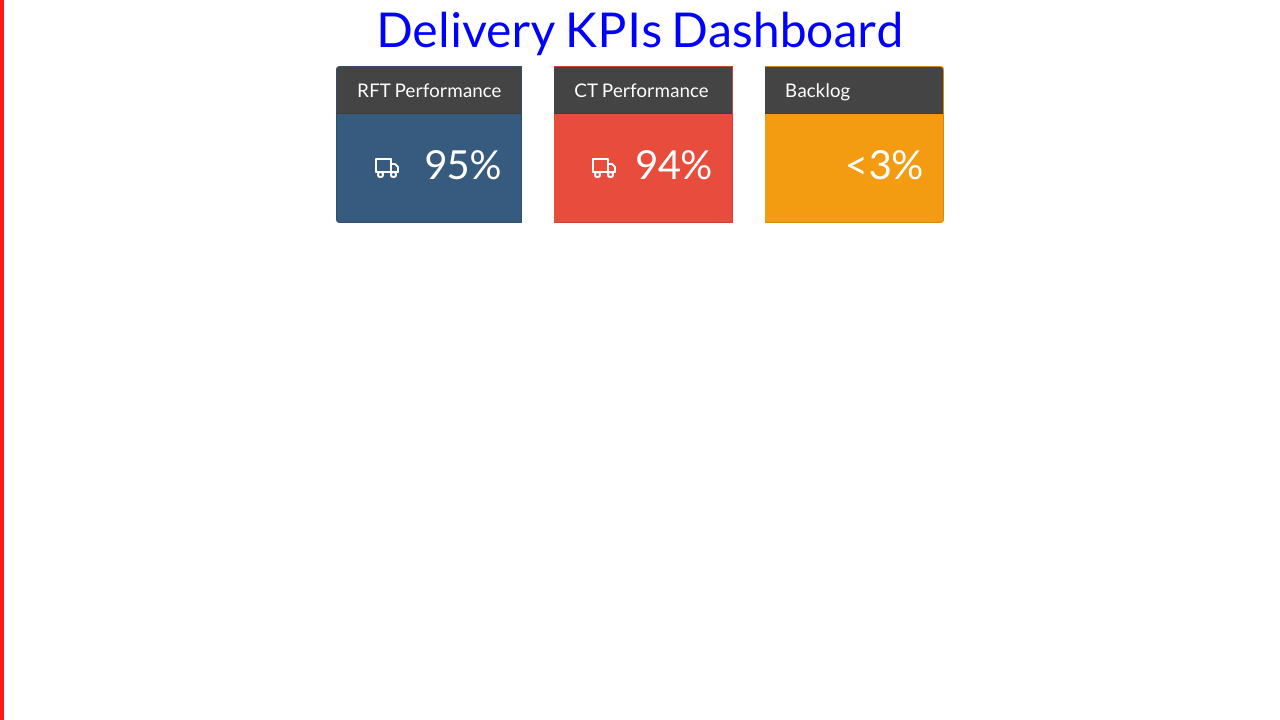
Repository: valenovi76/Delivery-Dashboard
Page: Index.html
The author's editor kept a record of every edit. The page is drawn from the files as they stood at one moment, then again after the next edit.
The browser window is 1280 px wide. The pictures show the whole page.
Some icons come from a web library that is not loaded, so they are not drawn. Some web libraries are served in a nearby version.

Above is the page before.
Console error: TypeError: Cannot read properties of null (reading 'textContent')

### Index.html
<!DOCTYPE html>
<html lang="en">
<head>
    <meta charset="UTF-8">
    <meta name="viewport" content="width=device-width, initial-scale=1.0">
    <meta http-equiv="X-UA-Compatible" content="ie=edge">

    <link rel="stylesheet" href="static/css/bootstrap.min.css" type="text/css" />
    <link rel="stylesheet" href="static/css/dc.min.css" type="text/css" />
    <link href="vendor/fontawesome-free/css/all.min.css" rel="stylesheet" type="text/css">
    <script type="text/javascript" src="static/js/d3.min.js"></script>
    <script type="text/javascript" src="static/js/crossfilter.min.js"></script>
    <script type="text/javascript" src="static/js/dc.min.js"></script>
    <script type="text/javascript" src="static/js/queue.min.js"></script>
    <script type="text/javascript" src="static/js/graphs.js"></script>
    <script src="https://ajax.googleapis.com/ajax/libs/jquery/1.11.3/jquery.min.js"></script>
    <script src="http://maxcdn.bootstrapcdn.com/bootstrap/3.3.4/js/bootstrap.min.js"></script>
    <link rel="stylesheet" href="static/css/style.css" type="text/css" />
    <title>Daily Delivery Dashboard</title>

</head>
<body>

    <div id="wrapper">

        <!-- Sidebar -->
        <div id="sidebar-wrapper">
            <ul class="sidebar-nav">
                <li><a href="#">RFT Performance</a></li>
                <li><a href="#">CT Performance</a></li>
                <li><a href="#">Backlog</a></li>
                <li><a href="#">Data Tables Downloads</a></li>
            </ul>
        </div>

        <!-- Page content -->
        <div id="page-content-wrapper bg-white">
            <div class="container-fluid">
                <div class="header text-center">
                    <h1>Delivery KPIs Dashboard</h1>
                </div>
                <div class="row">
                    <div class="col-lg-12">


                            <div class="row">

                              <div class="card-group mx-auto">
                                    <div class="card flex-fill bg-primary text-white mx-3">
                											<div class="card-header">
                												<h5 class="card-title text-white mb-0">RFT Performance</h5>
                											</div>
                    											<div class="card-body py-3">
                    												<div class="row no-gutters">
                    													<div class="col-4 align-self-center text-left">
                    														<div class="icon icon-primary">
                    															<svg xmlns="http://www.w3.org/2000/svg" width="24" height="24" viewBox="0 0 24 24" fill="none" stroke="currentColor" stroke-width="2" stroke-linecap="round" stroke-linejoin="round" class="feather feather-truck align-middle"><rect x="1" y="3" width="15" height="13"></rect><polygon points="16 8 20 8 23 11 23 16 16 16 16 8"></polygon><circle cx="5.5" cy="18.5" r="2.5"></circle><circle cx="18.5" cy="18.5" r="2.5"></circle></svg>
                    														</div>
                    													</div>
                    													<div class="col-8 align-self-center text-right">

                    														<h2 class="text-white">95%</h2>
                    													</div>
                    												</div>
                    											</div>
                    										</div>
                                    <div class="card flex-fill bg-danger text-white mx-3">
                											<div class="card-header">
                												<h5 class="card-title text-white mb-0">CT Performance</h5>
                											</div>
                    											<div class="card-body py-3">
                    												<div class="row no-gutters">
                    													<div class="col-4 align-self-center text-left">
                    														<div class="icon icon-primary">
                    															<svg xmlns="http://www.w3.org/2000/svg" width="24" height="24" viewBox="0 0 24 24" fill="none" stroke="currentColor" stroke-width="2" stroke-linecap="round" stroke-linejoin="round" class="feather feather-truck align-middle"><rect x="1" y="3" width="15" height="13"></rect><polygon points="16 8 20 8 23 11 23 16 16 16 16 8"></polygon><circle cx="5.5" cy="18.5" r="2.5"></circle><circle cx="18.5" cy="18.5" r="2.5"></circle></svg>
                    														</div>
                    													</div>
                    													<div class="col-8 align-self-center text-right">
                    														<h2 class="text-white">94%</h2>
                    													</div>
                    												</div>
                    											</div>
                    										</div>
                                    <div class="card flex-fill bg-warning text-white mx-3">
                											<div class="card-header">
                												<h5 class="card-title text-white mb-0">Backlog</h5>
                											</div>
                    											<div class="card-body py-3">
                    												<div class="row no-gutters">
                    													<div class="col-4 align-self-center text-left">
                    														<div class="icon icon-primary">
                    														    <i class="far fa-check-square"></i>
                    														</div>
                    													</div>
                    													<div class="col-8 align-self-center text-right">
                    														<h2 class="text-white"> <3% </h2>
                    													</div>
                    												</div>
                    											</div>
                    										</div
                              </div>
                            </div>
                    </div>
                </div>
            </div>
        </div>

    </div>

    <!-- Menu toggle script -->
    <script>
        $("#menu-toggle").click( function (e){
            e.preventDefault();
            $("#wrapper").toggleClass("menuDisplayed");
        });
    </script>

</body>
</html>

### static/js/graphs.js
//load data
queue()
.defer(d3.csv, "/data/orders.csv")
.await(makeGraphs);


// Make graphs function
function makeGraphs(error, orderData) {

    var ndx = crossfilter(orderData);


orderData.forEach(function(d){
d.CT_Ex_Delayed_Days=parseInt(d.CT_Ex_Delayed_Days)})




    show_wip_group_selector(ndx);
    show_product_selector(ndx);
    show_project_selector(ndx);
    show_created(ndx);
    show_completed(ndx);
    show_order_order_type(ndx);
    show_ct_avg(ndx);
    show_SLT_perf(ndx);
    show_ontime_late(ndx);
    show_percent_RFT_OnTime(ndx);
    show_percent_CT_Pass(ndx);
    show_monthly_delivery(ndx);



    dc.renderAll();
}


//Selector js
function show_wip_group_selector(ndx){
    var dim = ndx.dimension(dc.pluck('Channel'));
    var group = dim.group();
    var select = dc.selectMenu("#wip_group_selector")
        .dimension(dim)
        .group(group);

}
function show_product_selector(ndx){
    var dim = ndx.dimension(dc.pluck('Product'));
    var group = dim.group();
    var select = dc.selectMenu("#product_selector")
        .dimension(dim)
        .group(group);

}
function show_project_selector(ndx){
    var dim=ndx.dimension(dc.pluck('Project'));
    var group= dim.group();
    var select = dc.selectMenu("#project_selector")
        .dimension(dim)
        .group(group);

}

// KPIS values -RFT %

function show_percent_RFT_OnTime(ndx) {
    var percentageThatAreOnTime = ndx.groupAll().reduce(
        function(p, v) {
            p.total++;
                if(v.On_Time === "On-Time") {
                    p.match++;
                }
                return p;
            },
            function (p, v) {
                p.total--;
                if(v.On_Time === "On-Time") {
                    p.match--;
                }
                return p;
            },
            function () {
                return {total: 0, match: 0};
            }
    );

    dc.numberDisplay("#RFTPerc")
        .formatNumber(d3.format(".1%"))
        .valueAccessor(function (d) {
            if (d.count == 0) {
                return 0;
            } else {
                return ( d.match/d.total );
            }
        })
        .group(percentageThatAreOnTime)
}

// KPIS values - CT %

function show_percent_CT_Pass(ndx) {
    var percentageThatArePassed = ndx.groupAll().reduce(
        function(p, v) {
            p.total++;
                if(v.SLT_Status === "Pass") {
                    p.match++;
                }
                return p;
            },
            function (p, v) {
                p.total--;
                if(v.SLT_Status === "Pass") {
                    p.match--;
                }
                return p;
            },
            function () {
                return {total: 0, match: 0};
            }
    );

    dc.numberDisplay("#CTPerc")
        .formatNumber(d3.format(".1%"))
        .valueAccessor(function (d) {
            if (d.count == 0) {
                return 0;
            } else {
                return ( d.match/d.total );
            }
        })
        .group(percentageThatArePassed)
}

//KPIS values - Monthly deliveries
function show_monthly_delivery(ndx){
    var avgMonthlyDeliveries = ndx.groupAll().reduce(
        function(p, v) {
            p.total++;
                if(v.Order_Status === "Completed") {
                    p.match++;
                }
                return p;
            },
            function (p, v) {
                p.total--;
                if(v.Order_Status === "Completed") {
                    p.match--;
                }
                return p;
            },
            function () {
                return {total: 0, match: 0};
            }
    );

    dc.numberDisplay("#avg_monthly_delivery")
        .formatNumber(d3.format(".1f"))
        .valueAccessor(function (d) {
            if (d.total == 0) {
                return 0;
            } else {
                return ( d.match/6 );
            }
        })
        .group(avgMonthlyDeliveries)
}


//created line js
function show_created(ndx) {
var dim = ndx.dimension(dc.pluck('Created_Month'));
var group =dim.group();

dc.lineChart("#created")
.width(400)
.height(300)
.margins({top: 30, right: 40, bottom: 50, left: 50})
.dimension(dim)
.group(group)
.transitionDuration(500)
.x(d3.scale.ordinal())
.xUnits(dc.units.ordinal)
.elasticY(true)
.xAxisLabel("FY 2019-2020 Month")
.yAxis().ticks(20);
 }

//completed line js
function show_completed(ndx) {
var dim = ndx.dimension(dc.pluck('Completed_Month'));
var group = dim.group();

dc.lineChart("#completed")

.width(400)
.height(300)
.margins({top: 30, right: 40, bottom: 50, left: 50})
.dimension(dim)
.group(group)
.transitionDuration(500)
.x(d3.scale.ordinal())
.xUnits(dc.units.ordinal)
.elasticY(true)
.xAxisLabel("FY 2019-2020 Month")
.yAxis().ticks(20);
 }

//WIP pie js
function show_order_order_type(ndx) {
    var dim = ndx.dimension(dc.pluck('Order_Type'));
    var group = dim.group();


    dc.pieChart("#order_type")

        .width(400)
        .height(300)
        .slicesCap(4)
        .innerRadius(100)
        .dimension(dim)
        .group(group)
        .legend(dc.legend())

}
//CT Avg line js
function show_ct_avg(ndx){
var dim = ndx.dimension(dc.pluck("Completed_Month"));

function add_item(p,v){
p.count ++;
p.total += v.CT_Ex_Delayed_Days;
p.average = p.total/p.count;
return p;
}
function remove_item(p,v){
p.count--;
if(p.count==0){
p.total=0;
p.average=0;}else{
p.total -= v.CT_Ex_Delayed_Days;
p.average = p.total/p.count;
}
return p;
}
function initialise(){
    return{count:0, total:0, average:0};
}


var group= dim.group().reduce(add_item,remove_item,initialise);


dc.lineChart("#ct_avg")
.width(400)
.height(300)
.margins({top: 10, right: 50, bottom: 30, left: 50})
.dimension(dim)
.group(group)
.valueAccessor(function(d){
return d.value.average})
.transitionDuration(500)
.x(d3.scale.ordinal())
.xUnits(dc.units.ordinal)
.elasticY(true)
.xAxisLabel("FY 2019-2020 Month")
.yAxis().ticks(20);

}
//CT perf js
function show_SLT_perf(ndx){

    function SLTPerfByMonth(dimension, SLT_Status) {
        return dimension.group().reduce(
            function (p, v) {
                p.total++;
                if(v.SLT_Status == SLT_Status) {
                    p.match++;
                }
                return p;
            },
            function (p, v) {
                p.total--;
                if(v.SLT_Status == SLT_Status) {
                    p.match--;
                }
                return p;
            },
            function () {
                return {total: 0, match: 0};
            }
        );
    }

    var dim = ndx.dimension(dc.pluck("Completed_Month"));
    var PassByMonth = SLTPerfByMonth(dim, "Pass");
    var FailByMonth = SLTPerfByMonth(dim, "Fail");

    dc.barChart("#ct_perf")
        .width(400)
        .height(300)
        .dimension(dim)
        .group(PassByMonth, "Pass")
        .stack(FailByMonth, "Fail")
        .valueAccessor(function(d) {
            if(d.value.total > 0) {
                return (d.value.match / d.value.total) * 100;
            } else {
                return 0;
            }
        })
        .x(d3.scale.ordinal())
        .xUnits(dc.units.ordinal)
        .legend(dc.legend().x(320).y(20).itemHeight(15).gap(5))
        .margins({top: 10, right: 100, bottom: 30, left: 30});
}

  //On time vs Late stacked-bars graph

   function show_ontime_late(ndx) {

    function RFTPerfByMonth(dimension, On_Time) {
        return dimension.group().reduce(
            function (p, v) {
                p.total++;
                if(v.On_Time == On_Time) {
                    p.match++;
                }
                return p;
            },
            function (p, v) {
                p.total--;
                if(v.On_Time == On_Time) {
                    p.match--;
                }
                return p;
            },
            function () {
                return {total: 0, match: 0};
            }
        );
    }

    var dim = ndx.dimension(dc.pluck("Completed_Month"));
    var OnTimeByMonth = RFTPerfByMonth(dim, "On-Time");
    var LateByMonth = RFTPerfByMonth(dim, "Late");

    dc.barChart("#ontime_perf")
        .width(400)
        .height(300)
        .dimension(dim)
        .group(OnTimeByMonth, "On-Time")
        .stack(LateByMonth, "Late")
        .valueAccessor(function(d) {
            if(d.value.total > 0) {
                return (d.value.match / d.value.total) * 100;
            } else {
                return 0;
            }
        })
        .x(d3.scale.ordinal())
        .xUnits(dc.units.ordinal)
        .legend(dc.legend().x(320).y(20).itemHeight(15).gap(5))
        .margins({top: 10, right: 100, bottom: 30, left: 30});
   }

### static/css/style.css
/*Body*/
.page-content-wrapper{
    background-color: white;
}

/*Header*/

.kpis{
    margin-bottom: 20px;
    margin-top: 20px;
}

h1{
    color:blue;
    text-align: center;
}

.page-header{
    margin:20px;
}
/* Sidebar */
#sidebar-wrapper {
    z-index: 1;
    position: absolute;
    width: 0;
    height: 100%;
    overflow-y: hidden;
    background: #2C3E50;
    border: 2px solid red;
    opacity: 0.9;
}

/* Always take up entire screen */
#page-content-wrapper {
    width: 100%;
    position: absolute;
    padding: 15px;
    border: 5px solid blue;
}


/* Change with of sidebar from 0 to 250px */
#wrapper.menuDisplayed #sidebar-wrapper {
    width: 250px;
}

/* Since we added left padding, we need to shrink the width by 250px */
#wrapper.menuDisplayed #page-content-wrapper {
    padding-left: 250px;
}


/* Sidebar styling - the entire ul list */
.sidebar-nav {
    padding: 0;
    list-style: none;
}

.sidebar-nav li {
    text-indent: 20px;
    line-height: 40px;
}

.sidebar-nav li a {
    display: block;
    text-decoration: none;
    color: #ddd;
}

.sidebar-nav li a:hover {
    background: #16A085;
}

/*Header*/

/*Cards style*/
.card{
    display:block;
}

.icon {
    width: 60px !important;
    height: 60px !important;
    line-height: 52px;
    text-align: center;
    font-size: 2rem;
    margin: .5rem 0;
}

Loaded but not shown: static/css/bootstrap.min.css (library); static/css/dc.min.css (library); static/js/d3.min.js (library); static/js/crossfilter.min.js (library); static/js/dc.min.js (library); static/js/queue.min.js (common file)

After the next edit:
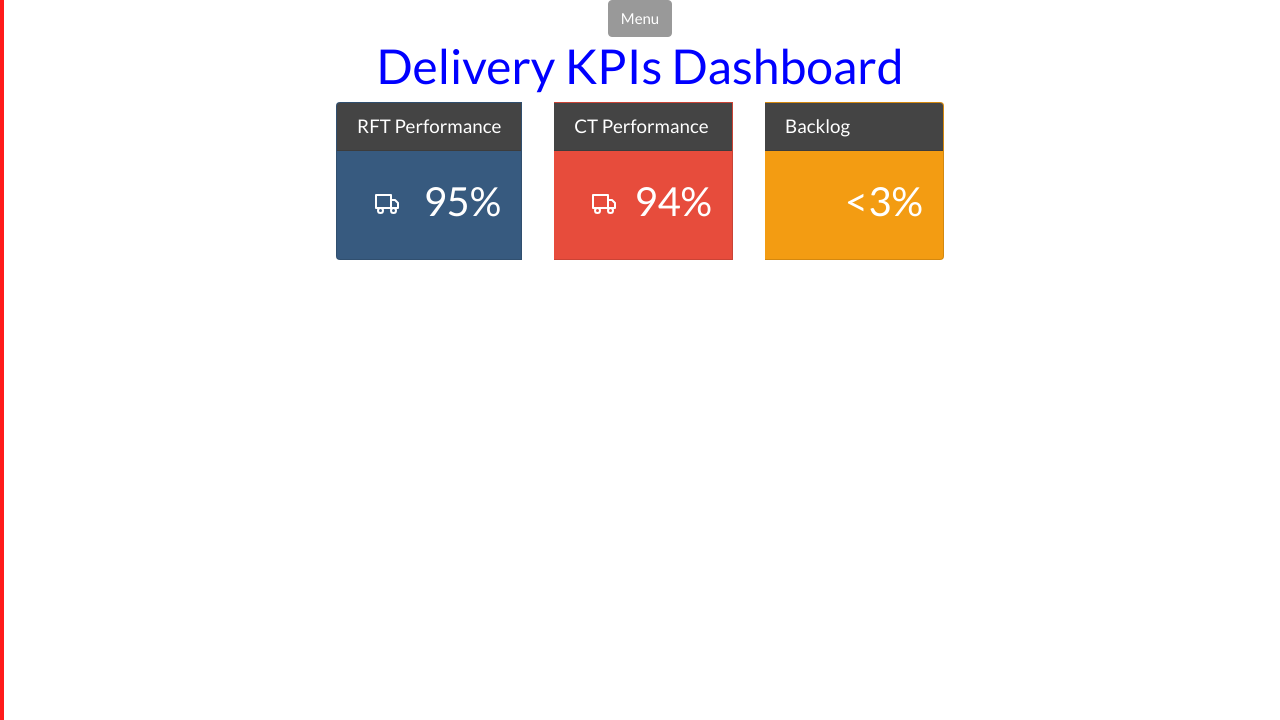
The edit:
--- a/Index.html
+++ b/Index.html
@@ -37,6 +37,8 @@
         <div id="page-content-wrapper bg-white">
             <div class="container-fluid">
                 <div class="header text-center">
+
+                    <a href="#" class="btn btn-light" id="menu-toggle">Menu</a>
                     <h1>Delivery KPIs Dashboard</h1>
                 </div>
                 <div class="row">
